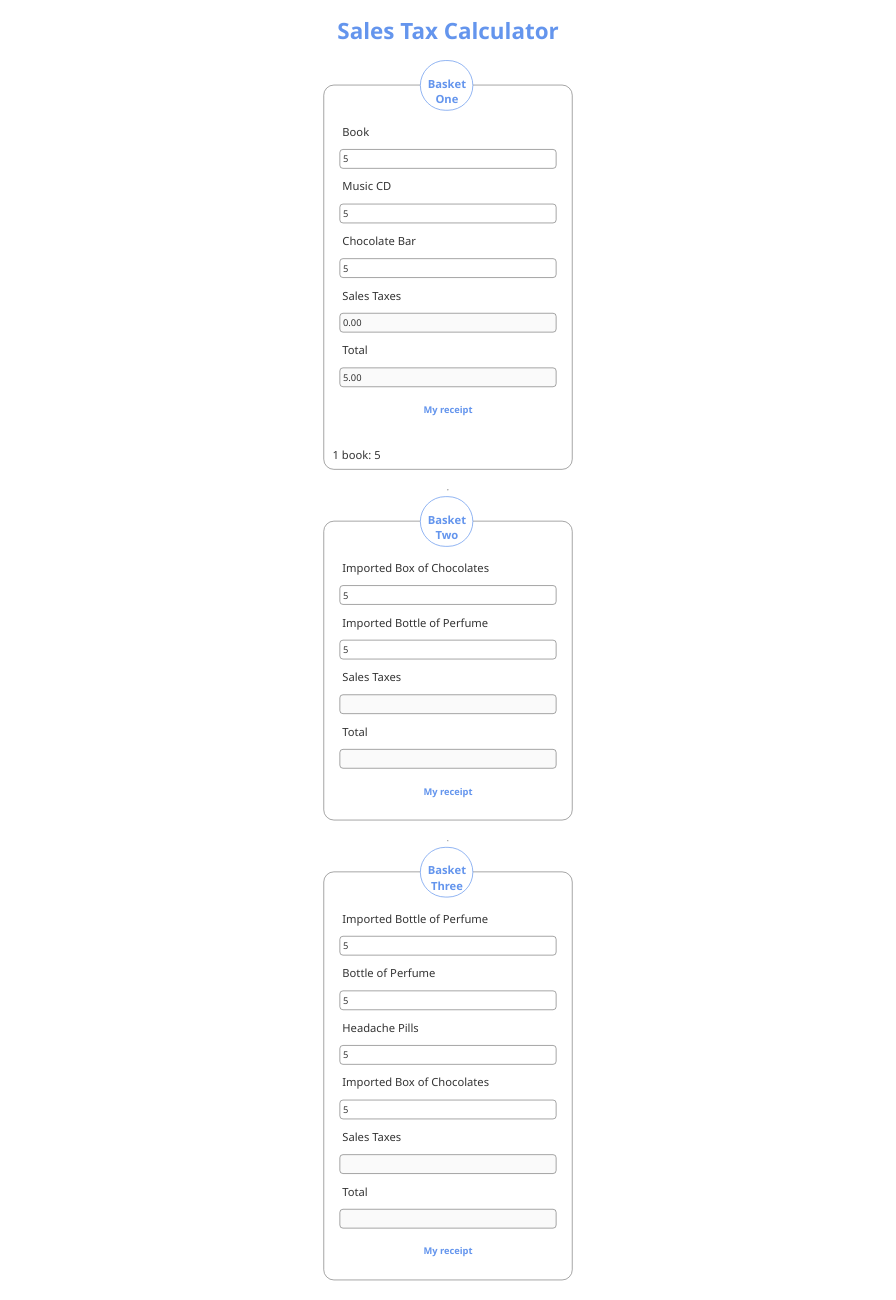
Repository: duzzisantos/sales-tax
Page: index.html
These files come from the project's save history. The page is drawn as it stood at one moment and after the next save; the edit follows.
The browser window is 1280 px wide. The pictures show the whole page, at 70% of full size.
Empty fields were first filled with sample values (such as "Sample", 5 or name@example.com).
After loading, the first visible `#book` was changed once.

Above is the page before, as saved 2022-05-25 22:25:52.

### index.html
<!DOCTYPE html>
<html lang="en">

<head>
    <meta charset="UTF-8">
    <meta http-equiv="X-UA-Compatible" content="IE=edge">
    <meta name="viewport" content="width=device-width, initial-scale=1.0">
    <link href="style.css" rel="stylesheet">
    <title>Sales Tax Calculator</title>
</head>

<body>
    <h1>Sales Tax Calculator</h1>
    <section id="container">
        <fieldset>
            <legend>
                <h4>Basket One</h4>
            </legend>
            <form class="formOne">
                <label for="book">Book</label>
                <input id="book" type="number" name="book" onchange="basketOne()" />
                <label for="musicCD">Music CD</label>
                <input id="musicCD" type="number" name="musicCD" onchange="basketOne()" />
                <label for="chocolateBar">Chocolate Bar</label>
                <input id="chocolateBar" type="number" name="chocolateBar" onchange="basketOne()" />
                <label for="sales-taxes">Sales Taxes</label>
                <input id="sales-taxes" type="number" name="sales-taxes" onchange="basketOne()" disabled />
                <label for="total">Total</label>
                <input id="total" type="number" name="total" onchange="basketOne()" disabled />
            </form>
            <h5>My receipt</h5>
            <span id="listOne">

            </>
        </fieldset>
        <hr>

        <fieldset>
            <legend>
                <h4>Basket Two</h4>
            </legend>
            <form class="formTwo">
                <label for="imported-box-chocolate">Imported Box of Chocolates</label>
                <input id="imported-box-chocolate" type="number" name="imported-box-chocolate" onchange="basketTwo()" />
                <label for="imported-perfume">Imported Bottle of Perfume</label>
                <input id="imported-perfume" type="number" name="imported-perfume" onchange="basketTwo()" />

                <label for="sales-taxes2">Sales Taxes</label>
                <input id="sales-taxes2" type="number" name="sales-taxes2" onchange="basketTwo()" disabled />
                <label for="total">Total</label>
                <input disabled id="total2" type="number" name="total2" onchange="basketTwo()" />
            </form>

            <h5>My receipt</h5>
            <span id="listTwo">

            </span>
        </fieldset>
        <hr>

        <fieldset>
            <legend>
                <h4>Basket Three</h4>
            </legend>
            <form class="formThree">
                <label for="imported-perfume2">Imported Bottle of Perfume</label>
                <input id="imported-perfume2" type="number" name="imported-perfume2" onchange="basketThree()" />
                <label for="bottle-perfume">Bottle of Perfume</label>
                <input id="bottle-perfume" type="number" name="bottle-perfume" onchange="basketThree()" />
                <label for="pills">Headache Pills</label>
                <input id="pills" type="number" name="pills" onchange="basketThree()" />
                <label for="imported-box-chocolate2">Imported Box of Chocolates</label>
                <input id="imported-box-chocolate2" type="number" name="imported-box-chocolate2"
                    onchange="basketThree()" />
                <label for=" sales-taxes3">Sales Taxes</label>
                <input id="sales-taxes3" type="number" name="sales-taxes3" onchange="basketThree()" disabled />
                <label for="total3">Total</label>
                <input disabled id="total3" type="number" name="total3" onchange="basketThree()" />
            </form>

            <h5>My receipt</h5>
            <span id="listThree">

            </span>
        </fieldset>
    </section>
</body>
<script src="first.js"></script>
<script src="second.js"></script>
<script src="third.js"></script>
<script src="index.js"></script>

</html>

### style.css
*{
    color: rgb(0,0,0,0.8);
    font-family: 'Segoe UI', Tahoma, Geneva, Verdana, sans-serif;
}

#container{
    display: flex;
    flex-direction: column;
    align-items: center;
    justify-content: center;
    bottom: 0;
}

fieldset{
    height: fit-content;
    width: 20%;
    border: 1px solid grey;
    border-radius: 15px;
    margin-bottom: 20px;
}

legend{
    height: 70px;
    width: 70px;
    border: 1px solid cornflowerblue;
    border-radius: 50px;
    margin-left: 38%;
}

legend h4, h5, h1{
    text-align: center;
    color: cornflowerblue;
}
label, input{
    display: block;
    margin: 10px;
    padding: 4px;
}

input{
    width: 300px;
    border-radius: 5px;
    border: 1px solid grey;
}

### first.js
//Variables for tax rate
let taxFree = 0;
let basicTax = 10;
let importDuty = 5;

//imported basic taxable items attract an extra non-negotiable tax rate of 5%, therefore 10% + 5% = 15%
let basicPlusImportDuty = basicTax + importDuty;

//An app that computes the first basket of goods
const basketOne = () => {
  let book = document.getElementById("book").value;
  let musicCD = document.getElementById("musicCD").value;
  let chocolateBar = document.getElementById("chocolateBar").value;

  // The plus sign is used in front of every variable to indicate to JavaScript that they are numerical values
  // Without this, they would become concatenated strings

  //these are the sums of the items and their taxes
  let bookPlusTax = +taxFree * +book + +book;
  let musicCDPlusTax = (basicTax * +musicCD) / 100 + +musicCD;
  let chocolateBarPlusTax = +taxFree * +chocolateBar + +chocolateBar;

  //this computes the total price paid by the customer
  let netPayment = +bookPlusTax + +musicCDPlusTax + +chocolateBarPlusTax;
  document.getElementById("total").value = netPayment.toFixed(2);

  //this computes the total sales tax generated
  let totalTaxes =
    bookPlusTax -
    book +
    (musicCDPlusTax - musicCD) +
    (chocolateBarPlusTax - chocolateBar);

  //Math.ceil and toFixed method helps us round up to the nearest 0.05
  document.getElementById("sales-taxes").value = (
    Math.ceil(totalTaxes * 20) / 20
  ).toFixed(2);

  //Receipt list
  const listOne = document.getElementById("listOne");
   listOne.innerHTML = `<br>1 book: ${book}`
};

### second.js
//Variables for tax rate
let basicTax2 = 10;
let importDuty2 = 5;

//imported basic taxable items attract an extra non-negotiable tax rate of 5%, therefore 10% + 5% = 15%
let basicPlusImportDuty2 = basicTax2 + importDuty2;

//An app that computes the second basket of goods
const basketTwo = () => {
  let importedChocolate = document.getElementById(
    "imported-box-chocolate"
  ).value;
  let importedPerfume2 = document.getElementById("imported-perfume").value;

  // The plus sign is used in front of every variable to indicate to JavaScript that they are numerical values
  // Without this, they would become concatenated strings

  //these are the sums of the imported items and their taxes
  let importedChocolatePlusTax =
    (importDuty2 * +importedChocolate) / 100 + +importedChocolate;
  let importedPerfume2PlusTax =
    (basicPlusImportDuty2 * +importedPerfume2) / 100 + +importedPerfume2;

  //Math.ceil and toFixed method helps us round up to the nearest 0.05
  //this computes the total price paid by the customer
  let netPayment = +importedChocolatePlusTax + +importedPerfume2PlusTax;
  document.getElementById("total2").value = (
    Math.ceil(netPayment * 20) / 20
  ).toFixed(2);

  //this computes the total sales tax generated
  let totalTaxes =
    (importDuty2 * +importedChocolate) / 100 +
    (basicPlusImportDuty2 * +importedPerfume2) / 100;
  document.getElementById("sales-taxes2").value = (
    Math.ceil(totalTaxes * 20) / 20
  ).toFixed(2);
};

### third.js
//Variables for tax rate
let taxFree3 = 0;
let basicTax3 = 10;
let importDuty3 = 5;
let basicPlusImportDuty3 = basicTax3 + importDuty3;


//App that computes the third basket of goods
const basketThree = () => {
    let importedPerfume2 = document.getElementById("imported-perfume2").value;
    let bottlePerfume = document.getElementById("bottle-perfume").value;
    let pills = document.getElementById("pills").value;
    let importedChocolate2 = document.getElementById("imported-box-chocolate2").value;


    //    // The plus sign is used in front of every variable to indicate to JavaScript that they are numerical values
     // Without this, they would become concatenated strings

    //these are the sums of the imported items and their taxes
    let importedPerfume2PlusTax = (basicPlusImportDuty3 * +importedPerfume2) / 100 + +importedPerfume2;
    let bottlePerfumePlusTax =
      (basicTax3 * +bottlePerfume) / 100 + +bottlePerfume;
    let pillsPlusTax = (taxFree3 * +pills) + +pills;
    let importedChocolate2PlusTax =
      (importDuty3 * +importedChocolate2) / 100 + +importedChocolate2;

    //Math.ceil and toFixed method helps us round up to the nearest 0.05
    //This computes the prices plus their taxes
    let netPayment =
      importedPerfume2PlusTax +
      bottlePerfumePlusTax +
      pillsPlusTax +
      importedChocolate2PlusTax;
    document.getElementById("total3").value = (Math.ceil(netPayment * 20) / 20).toFixed(2);

    //this computes the total taxes generated from selling basket three
    let totalTaxes =
      importedPerfume2PlusTax -
      importedPerfume2 +
      (bottlePerfumePlusTax - bottlePerfume) +
      (pillsPlusTax - pills) +
      (importedChocolate2PlusTax - importedChocolate2);

    document.getElementById("sales-taxes3").value = (
        Math.ceil(totalTaxes * 20) / 20
      ).toFixed(2);
  };

### index.js
//This is responsible for the DOM Manipulation
//This helps the user to display a simple receipt

After the next save:
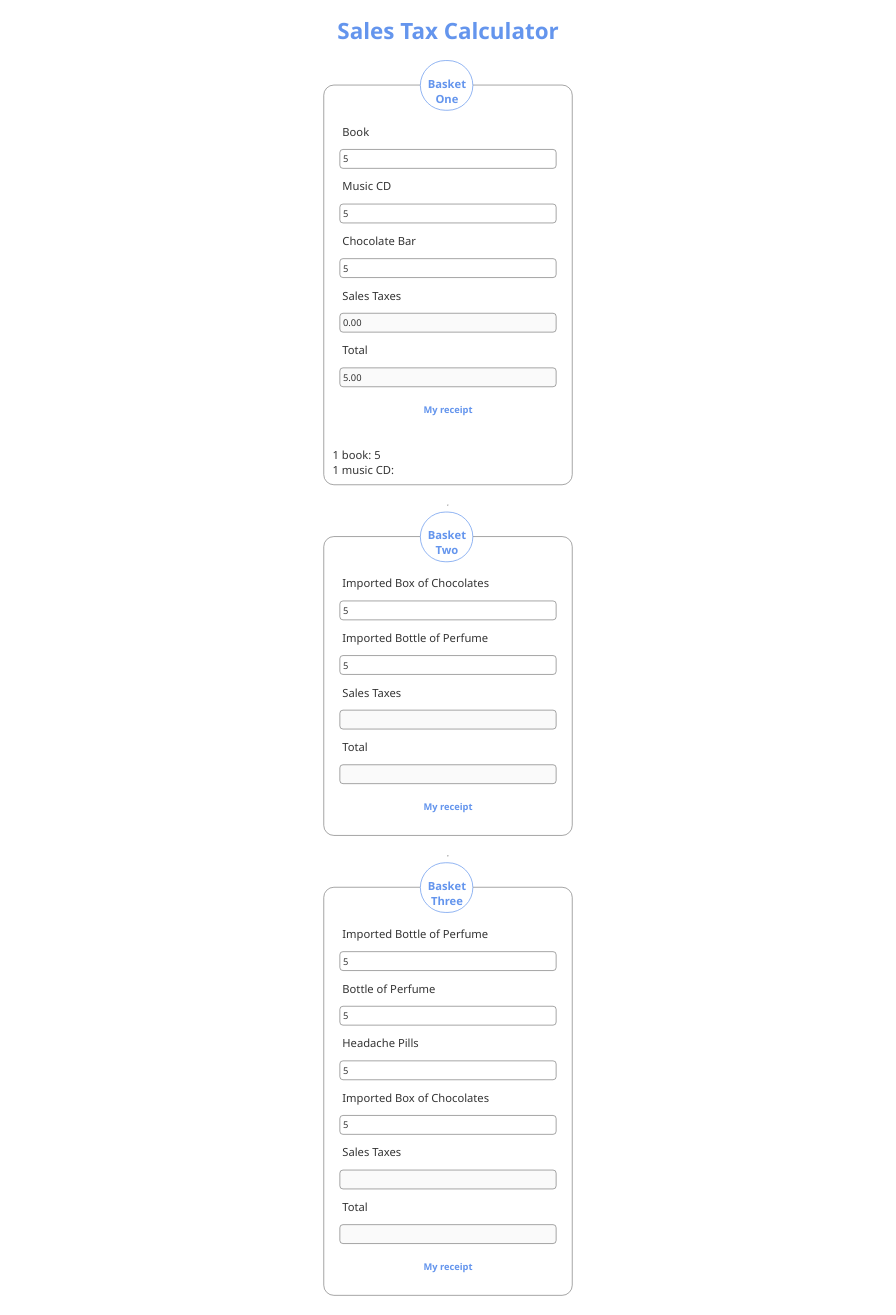
Saved 51 s later.
--- a/first.js
+++ b/first.js
@@ -38,5 +38,5 @@ const basketOne = () => {
 
   //Receipt list
   const listOne = document.getElementById("listOne");
-   listOne.innerHTML = `<br>1 book: ${book}`
+   listOne.innerHTML = `<br>1 book: ${book}<br>1 music CD: ${musicCD}`
 };
